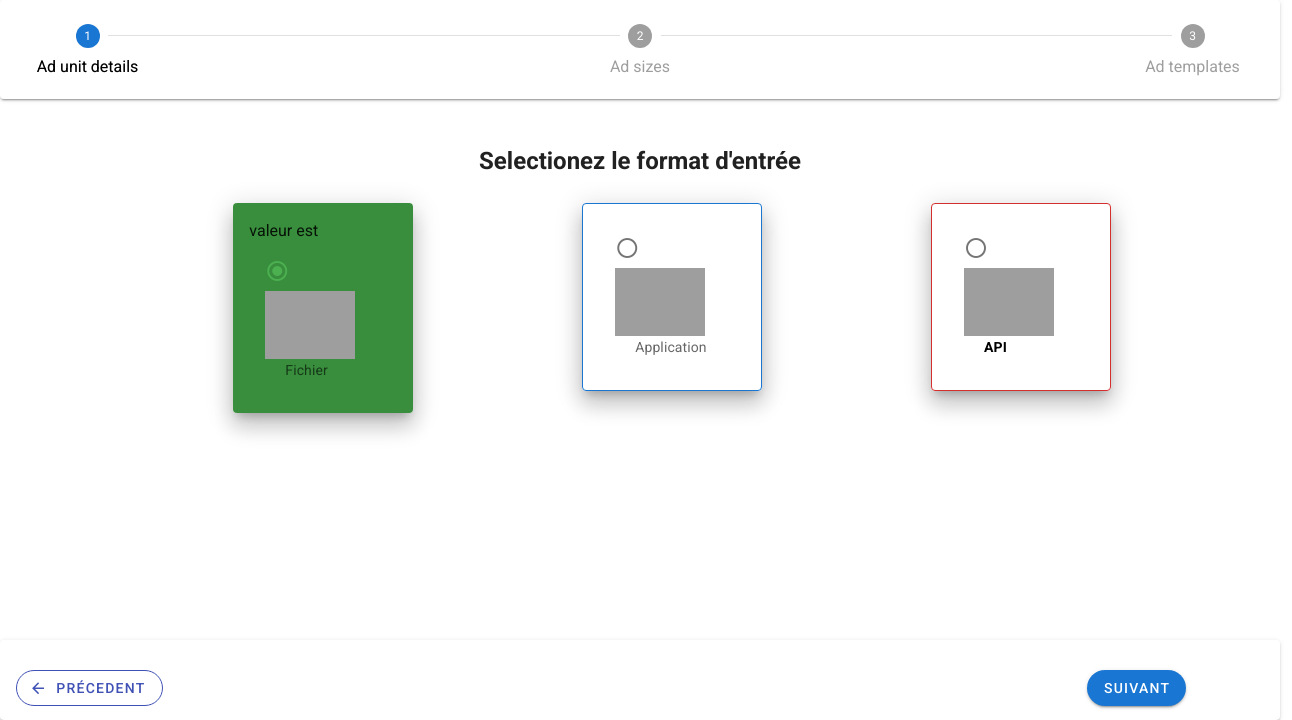
Repository: SidneyHodieb/myc
Page: /addsource/format
An editor plug-in stored every save of this project. The page is shown before and after the next save, followed by the edit.
The browser window is 1280 px wide. The page is 1292 px wide, so the pictures cover 1292 px, including what lies to the right of the window. The pictures show the whole page.
Pictures or frames that could not be fetched are drawn as grey boxes. The project was rebuilt for these pictures with package versions that can differ from the ones it lists, and the page was loaded fresh each time. Also part of the build but not shown: vue.config.js, src/views/Home.vue, src/views/addSource/components/card.vue, src/views/addSource/components/trigger.vue.

Above is the page before, as saved 2021-04-05 08:08:19.

After the next save:
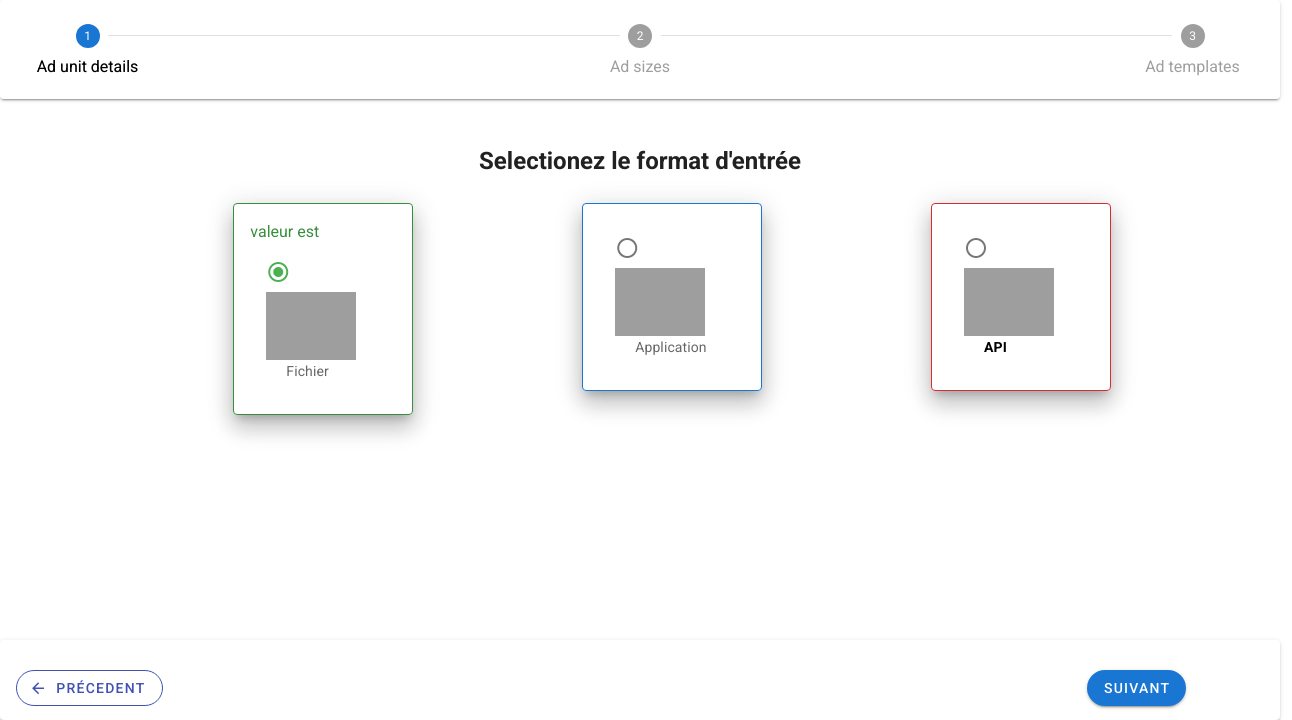
Saved 40 s later.
--- a/src/views/addSource/components/format.vue
+++ b/src/views/addSource/components/format.vue
@@ -6,7 +6,7 @@
       </v-col>
       <v-col offset-md="2">
         <v-card elevation="14" width="180">
-          <v-alert :outlined="file ? true : null" color="green darken-2">
+          <v-alert :outlined="true ? true : null" color="green darken-2">
            valeur est {{file}}
           <v-card-text>
             <v-radio

After the save that followed:
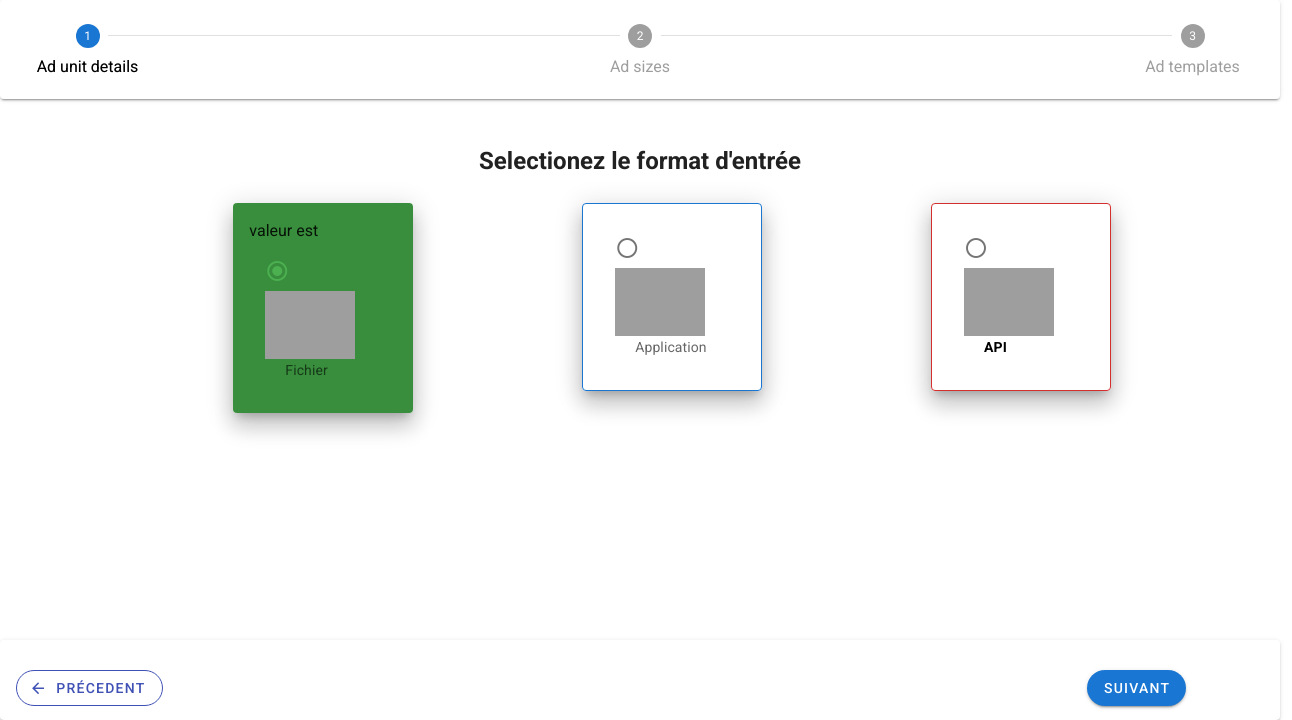
Saved 18 s later.
--- a/src/views/addSource/components/format.vue
+++ b/src/views/addSource/components/format.vue
@@ -6,7 +6,7 @@
       </v-col>
       <v-col offset-md="2">
         <v-card elevation="14" width="180">
-          <v-alert :outlined="true ? true : null" color="green darken-2">
+          <v-alert :outlined="file ? true : null" color="green darken-2">
            valeur est {{file}}
           <v-card-text>
             <v-radio
